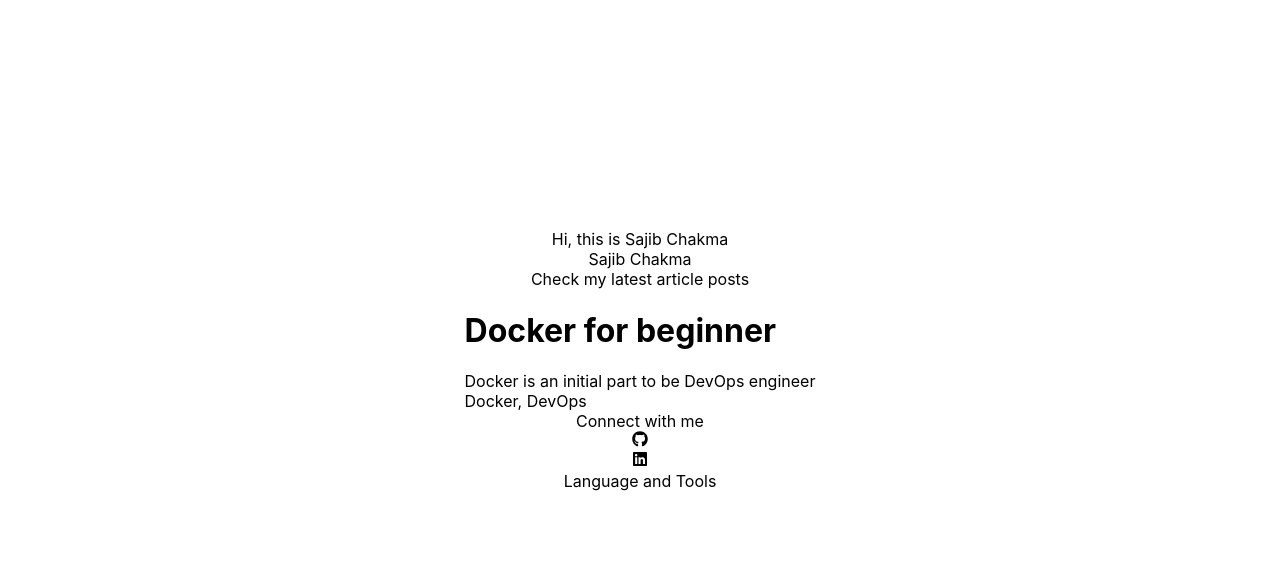
Repository: ChakmaSajib/sajibchakma
Page: /
An editor plug-in stored every save of this project. The page is shown before and after the next save, followed by the edit.
The browser window is 1280 px wide. The pictures show the whole page.
The project was rebuilt for these pictures with package versions that can differ from the ones it lists, and the page was loaded fresh each time. The framework's server and built-in components were replaced by stand-ins that run in the browser. Also part of the build but not shown: next.config.js.

Above is the page before, as saved 2022-08-28 22:07:07.

After the next save:
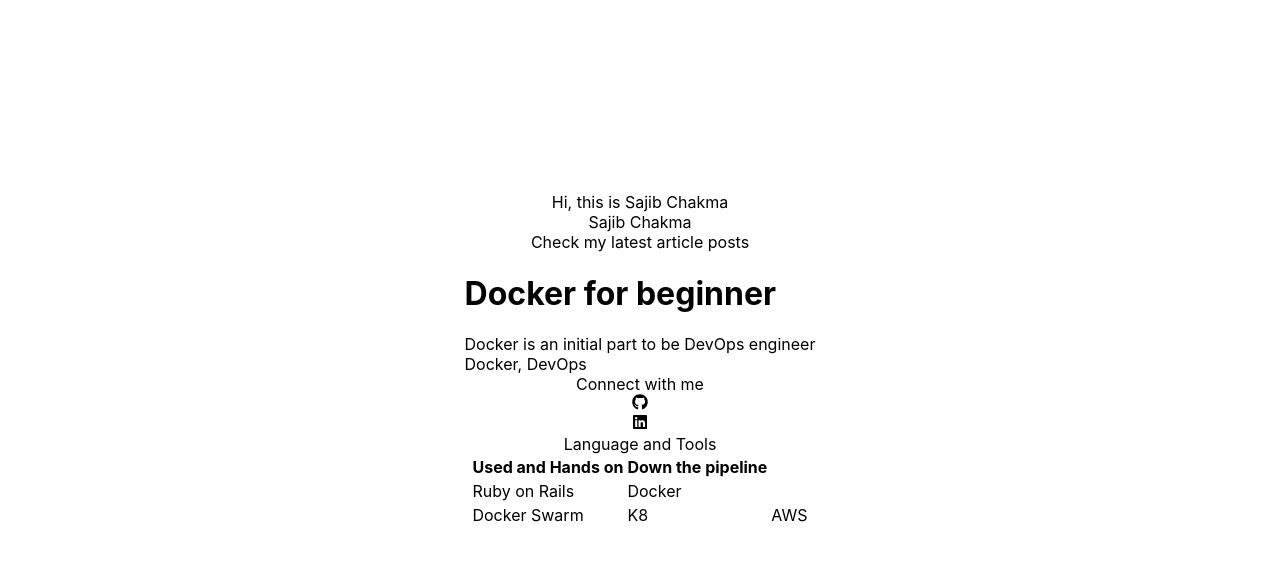
Saved 13 s later.
--- a/pages/index.tsx
+++ b/pages/index.tsx
@@ -2,7 +2,7 @@
 import Head from 'next/head'
 import { FaGithub, FaLinkedin } from 'react-icons/fa';
 
-import { Article, BioData, Contact} from '../components';
+import { Article, BioData, Contact, LanguageTool} from '../components';
 import styles from '../styles/Home.module.css'
 
 const Home: NextPage = () => {
@@ -24,6 +24,7 @@
         <Contact mediumName='Linkedin' link="https://github.com/ChakmaSajib" iconComponent={<FaLinkedin/>}/>
 
         <span>Language and Tools</span>
+        <LanguageTool/>
       </main>
 
     </div>
